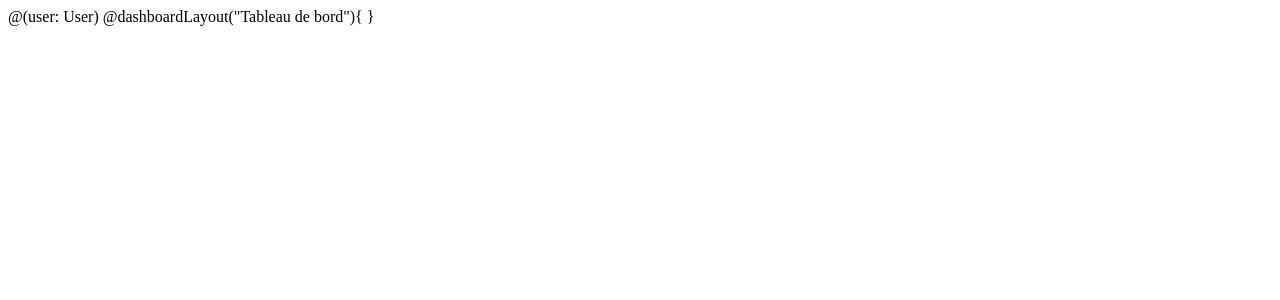
Repository: spirale-software/labo_master
Page: Application/oneDotCom/app/views/dashboard.scala.html
An editor plug-in stored every save of this project. The page is shown before and after the next save, followed by the edit.
The browser window is 1280 px wide. The pictures show the whole page.

Above is the page before, as saved 2017-03-26 00:56:10.

After the next save:
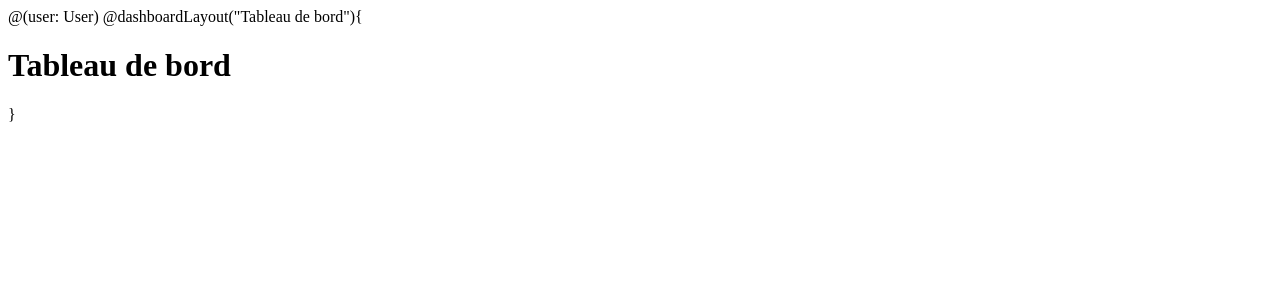
Saved 100 s later.
--- a/Application/oneDotCom/app/views/dashboard.scala.html
+++ b/Application/oneDotCom/app/views/dashboard.scala.html
@@ -2,5 +2,7 @@
 
 @dashboardLayout("Tableau de bord"){
 
+	 <h1 class="page-header">Tableau de bord</h1>
+
 
 }
